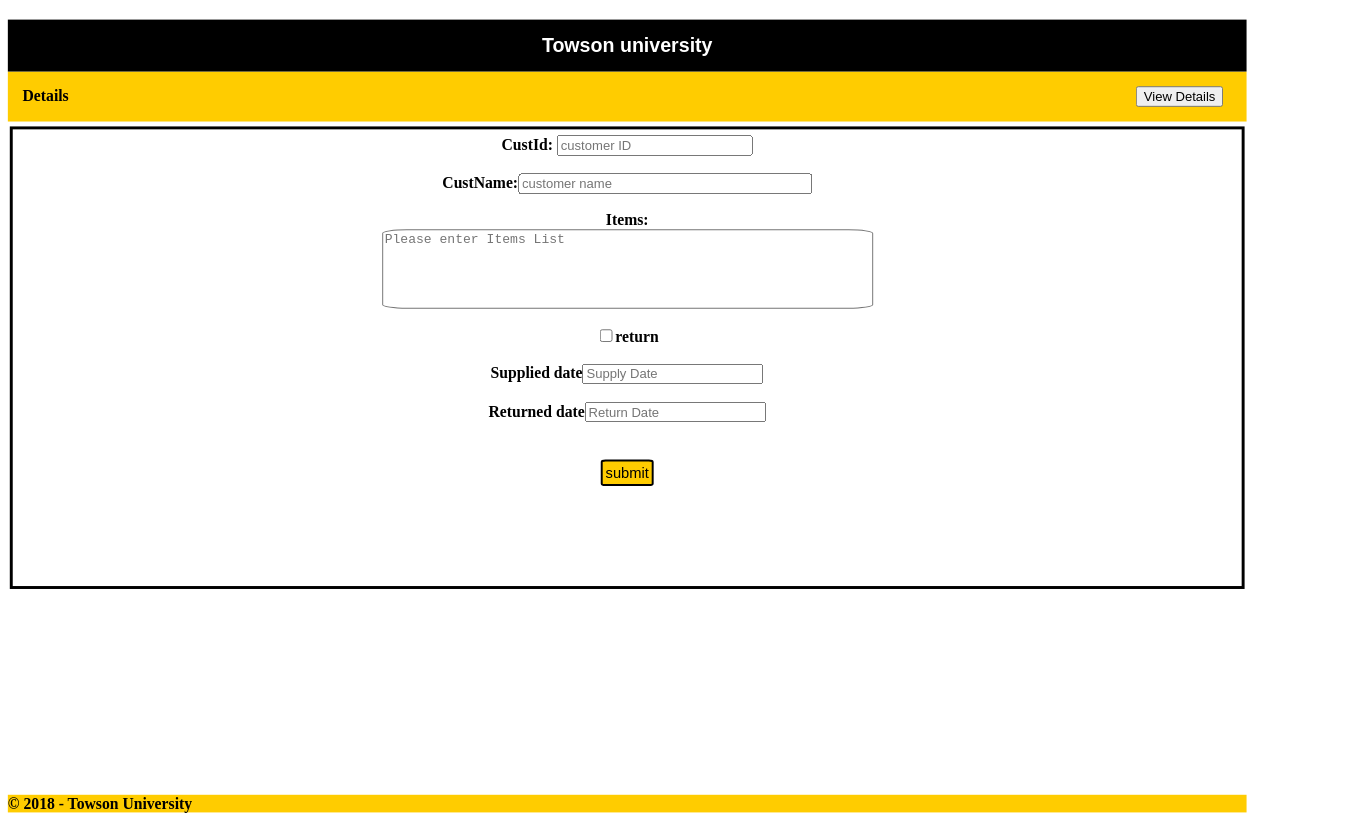
Repository: DatabaseCOSC578/eclipse-workspace11
Page: http://localhost/Supervisor/Supervisor.jsp
An editor plug-in stored every save of this project. The page is shown before and after the next save, followed by the edit.
The browser window is 1280 px wide. The page is 1280 px wide, then 1380 px, so the pictures cover 1380 px, including what lies to the right of the window. The pictures show the whole page, at 98% of full size.
The page is served by Tomcat 9. Other server files are loaded and not shown.

Above is the page before, as saved 2018-04-15 17:11:12.

### Supervisor/WebContent/Supervisor.jsp
<html>
<head>
    <link href="css/layout1.css" rel="stylesheet">
</head>
<body>
<header><center>Towson university</center></header>
<form name="inputdetails" action="store" method="post" id="form1">
<div><b>Details</b>


<button id="b1">View Details</button>


</div>
<fieldset><center>

<b>CustId:</b> <input type=text style="width: 200px;" name="custid " placeholder="customer ID"><br><br>
<b>CustName:</b><input type=text style="width: 300px; align:center;" name="custname" placeholder="customer name "><br><br>
<b>Items:<b/><br/>
<textarea rows="5" cols="60"  maxlength="260" name="items" placeholder="Please enter Items List">
</textarea> <br><br>
<input type=checkbox name="return" value=1>return<br><br>
Supplied date<input type=text name="sdate" placeholder="Supply Date" ><br><br>
Returned date<input type=text name="rdate" placeholder="Return Date" ><br><br>
<input type=submit value=submit> <br><br><br><br><br>
</center></fieldset>
</form>
</body>
<footer> &copy 2018 - Towson University</footer>
</html>

### Supervisor/WebContent/css/layout1.css
header {
	position: relative;
	color: #FFFFFF;
	font-family: sans-serif;
	font-size: 20px;
	text-align:left;
	background-color: #000000;
	margin: 20;
	margin-left:0;
	margin-bottom:0;
	margin-right:0;

	padding: 15;
	font-weight:700;
}

div {
	background-color: #fc0;
	margin: 0;
	margin-top:0;
	padding: 15;
}

fieldset {
	margin-top: 5;
	border: solid;

}

footer {
	font-weight: 800;
	text-color: solid #000000;
	background-color: #fc0;
	margin-top: 210;
}
textarea{
	resize:none;
	border-radius:5%;
}
input[type="submit"] {
	align:center;
	margin: 20px;
	background-color: #fc0;
	padding: 3;
	text-align:center;
	text-weight: 700;
	border: solid 2px;
	font-size: 15;
	border-radius: 9%;
}
input[type="submit"]:hover {
	cursor:pointer;
}

#b1 {
	margin-top: 0;
	margin-left:1085;
	margin-right:0;
}

After the next save:
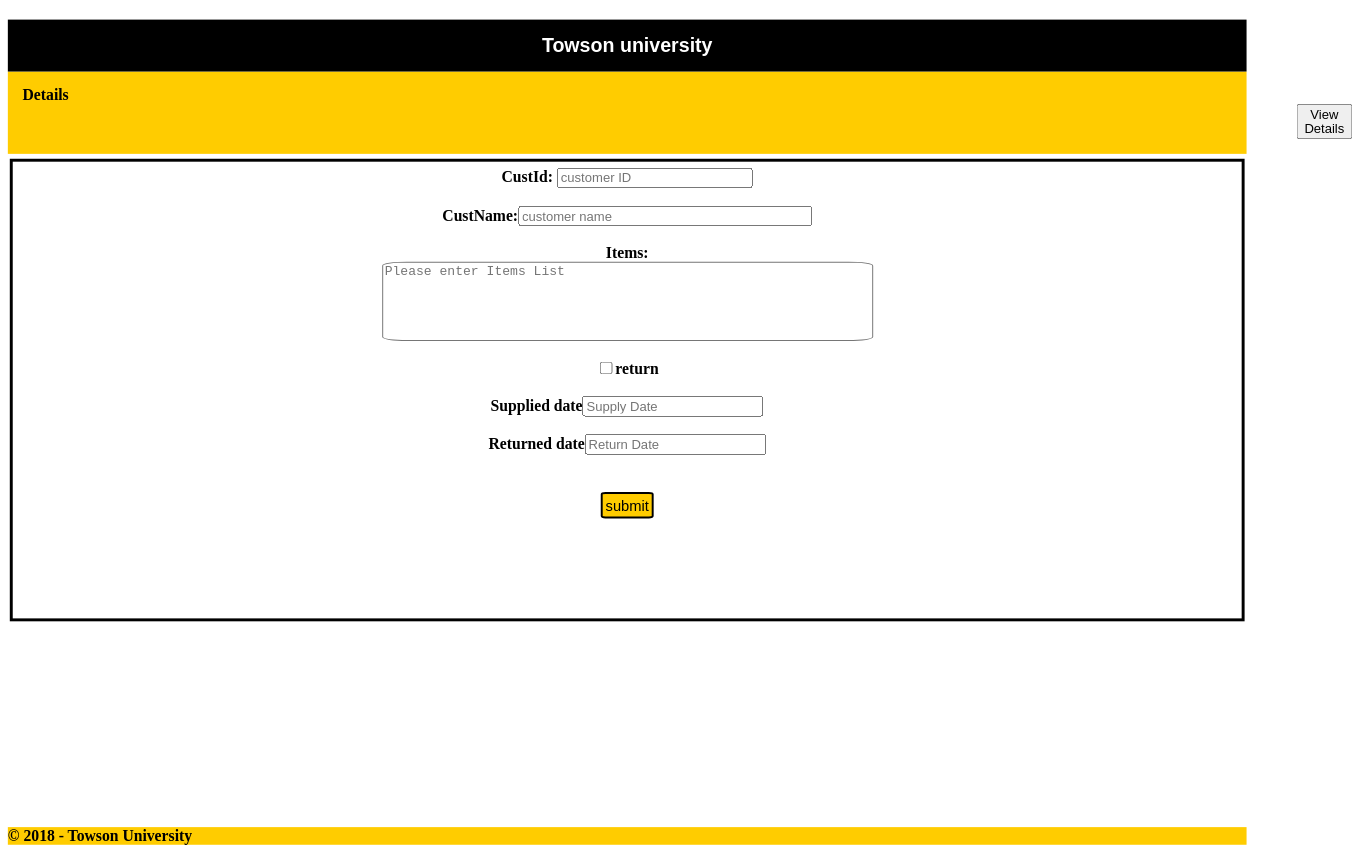
Saved 14 s later.
--- a/Supervisor/WebContent/css/layout1.css
+++ b/Supervisor/WebContent/css/layout1.css
@@ -54,6 +54,6 @@
 
 #b1 {
 	margin-top: 0;
-	margin-left:1085;
+	margin-left:1300;
 	margin-right:0;
 }
